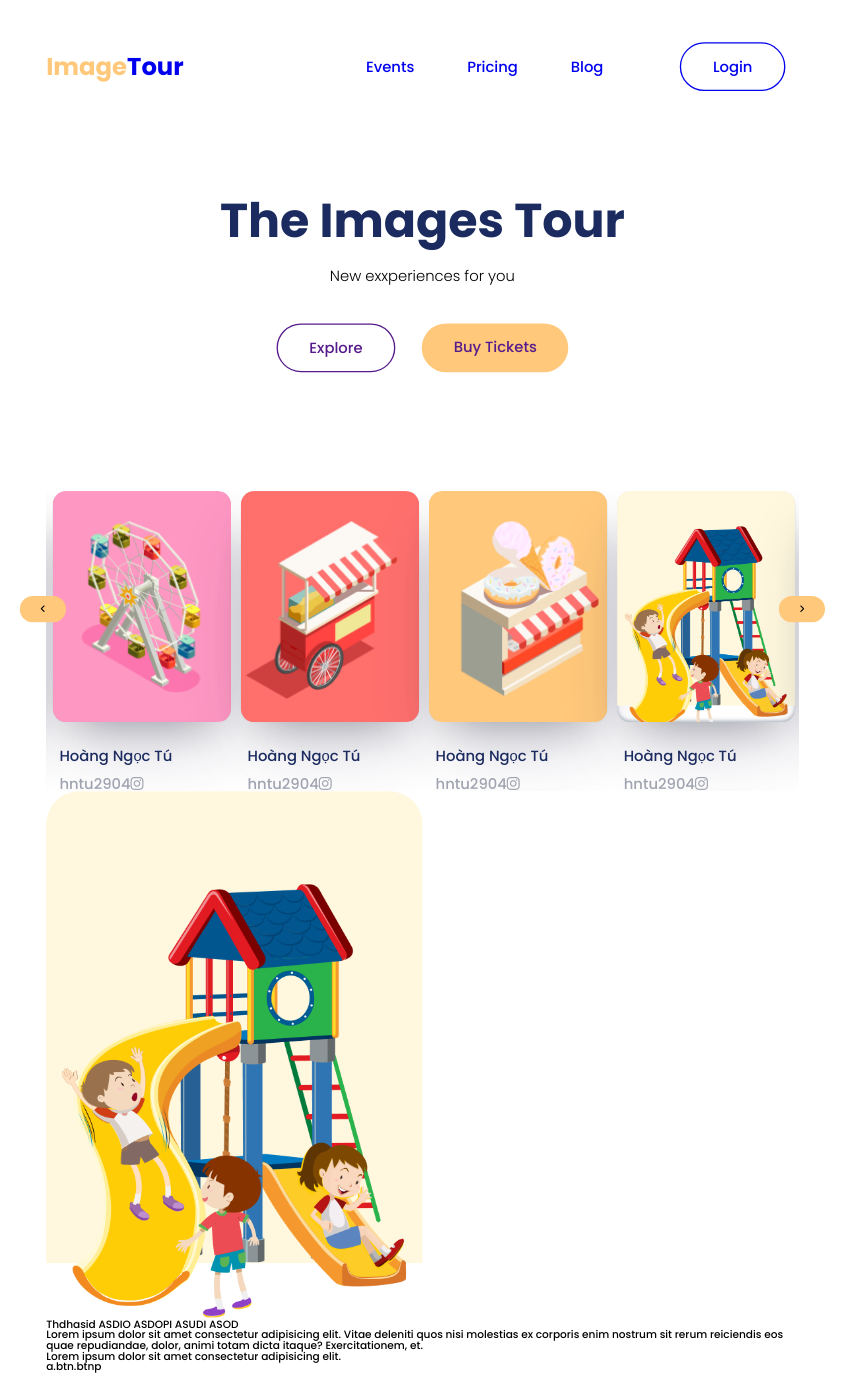
Repository: lausamtuong/Cut-psd-to-html
Page: index.html
These files come from the project's save history. The page is drawn as it stood at one moment and after a run of saves; the edit follows.
The browser window is 1280 px wide. The pictures show the whole page, at 66% of full size.
Some web libraries are served in a nearby version. The style sheet was rebuilt from its Sass, Less or Tailwind sources for each picture, by a compiler version that may differ from the author's.

Above is the page before, as saved 2021-12-07 08:26:23.

### index.html
<!DOCTYPE html>
<html lang="en">
<head>
    <meta charset="UTF-8">
    <meta http-equiv="X-UA-Compatible" content="IE=edge">
    <meta name="viewport" content="width=device-width, initial-scale=1.0">
    <script src="https://unpkg.com/babel-standalone@6/babel.min.js"></script>
    <link rel="stylesheet" href="https://cdnjs.cloudflare.com/ajax/libs/font-awesome/6.0.0-beta3/css/all.min.css" integrity="sha512-Fo3rlrZj/k7ujTnHg4CGR2D7kSs0v4LLanw2qksYuRlEzO+tcaEPQogQ0KaoGN26/zrn20ImR1DfuLWnOo7aBA==" crossorigin="anonymous" referrerpolicy="no-referrer" />
    <title>Playground</title>
    <link
        rel="stylesheet"
        type="text/css"
        href="https://cdn.jsdelivr.net/npm/slick-carousel@1.8.1/slick/slick.css"
      />
    <link rel="stylesheet" href="style.css">
    <link rel="stylesheet" href="reset.css">
    <link href="https://fonts.googleapis.com/css2?family=Lato:ital,wght@1,700;1,900&family=Poppins:wght@300;500;700&display=swap" rel="stylesheet">

</head>
<body>
    <div class="wrapper">
        <header class="header">
            <div class="container header__iner">
                <a href="index.html" class="logo">
                    <span class="logo__text">Image</span>Tour
                </a>
                <nav class="header__menu">
                    <ul class="header__menu-list">
                        <li class="header__menu-item">
                            <a href="#" class="header__menu-link">Events</a>
                        </li>
                        <li class="header__menu-item">
                            <a href="#" class="header__menu-link">Pricing</a>
                        </li>
                        <li class="header__menu-item">
                            <a href="#" class="header__menu-link">Blog</a>
                        </li>
                        <li class="header__menu-item">
                            <a href="#" class="header__menu-link btn btn--border btn--rounded">Login</a>
                        </li>
                    </ul>
                </nav>
            </div>
        </header>
        <section class="banner">
            <div class="container">
                <h1 class="banner__headding">
                   The Images Tour
                </h1>
                <p class="banner__decs">New exxperiences for you </p>
                <div class="banner__buttons">
                    <a href="" class="btn btn--border btn--rounded">Explore</a>
                    <a href="" class="btn btn--rounded btn--primary">Buy Tickets</a>
                </div>
            </div>
        </section>
        <section class="category">
            <div class="container">
                <ul class="category-list">
                </ul>
            </div>
        </section>
        <section class="fearture">
            <div class="container">
                <div class="fearture__item">
                    <div class="fearture__img">
                        <img src="./img/img5.png" alt="">
                    </div>
                    <div class="fearture__info">
                        <h3 class="fearture__title">Thdhasid ASDIO ASDOPI ASUDI ASOD</h3>
                        <p class="fearture__decs">Lorem ipsum dolor sit amet consectetur adipisicing elit. Vitae deleniti quos nisi molestias ex corporis enim nostrum sit rerum reiciendis eos quae repudiandae, dolor, animi totam dicta itaque? Exercitationem, et.</p>
                        <ul class="fearture-intro__list">
                            <li class="fearture__item">
                                Lorem ipsum dolor sit amet consectetur adipisicing elit.
                            </li>
                        </ul>
                        a.btn.btnp
                    </div>
                </div>
            </div>
        </section>
    </div>
    <script
    type="text/javascript"
    src="https://code.jquery.com/jquery-1.11.0.min.js"
  ></script>
  <script
    type="text/javascript"
    src="https://code.jquery.com/jquery-migrate-1.2.1.min.js"
  ></script>
  <script
    type="text/javascript"
    src="https://cdn.jsdelivr.net/npm/slick-carousel@1.8.1/slick/slick.min.js"
  ></script>

  <script src="https://unpkg.com/react@17/umd/react.development.js" crossorigin></script>
  <script src="https://unpkg.com/react-dom@17/umd/react-dom.development.js" crossorigin></script>
  <script type="text/babel" src="./app.js"> </script>
</body>
</html>

### reset.css
/* http://meyerweb.com/eric/tools/css/reset/
   v2.0 | 20110126
   License: none (public domain)
*/

html, body, div, span, applet, object, iframe,
h1, h2, h3, h4, h5, h6, p, blockquote, pre,
a, abbr, acronym, address, big, cite, code,
del, dfn, em, img, ins, kbd, q, s, samp,
small, strike, strong, sub, sup, tt, var,
b, u, i, center,
dl, dt, dd, ol, ul, li,
fieldset, form, label, legend,
table, caption, tbody, tfoot, thead, tr, th, td,
article, aside, canvas, details, embed,
figure, figcaption, footer, header, hgroup,
menu, nav, output, ruby, section, summary,
time, mark, audio, video {
	margin: 0;
	padding: 0;
	border: 0;
	font-size: 100%;
	font: inherit;
	vertical-align: baseline;
    font-family: "Poppins",sans-serif;
}
/* HTML5 display-role reset for older browsers */
article, aside, details, figcaption, figure,
footer, header, hgroup, menu, nav, section {
	display: block;
}
body {
	line-height: 1;
}
ol, ul {
	list-style: none;
}
blockquote, q {
	quotes: none;
}
blockquote:before, blockquote:after,
q:before, q:after {
	content: '';
	content: none;
}
table {
	border-collapse: collapse;
	border-spacing: 0;
}

### app.js

  function Component(Props){
      return (
         <React.Fragment >
              <li className="category-item">
                    <img src={Props.img} alt="" className="category__img"/>
                    <h3 className="category__name">{Props.name}</h3>
                     <a href="" className="category__details">
                         {Props.ins}
                        <i className="fab fa-instagram"></i>
                    </a>
                </li>
          </React.Fragment>
      )
  }
  function App(){
      return(<React.Fragment>
        <Component img="./img/img1.png" name="Hoàng Ngọc Tú" ins="hntu2904"/>
        <Component img="./img/img2.png" name="Hoàng Ngọc Tú" ins="hntu2904"/>
        <Component img="./img/img4.png" name="Hoàng Ngọc Tú" ins="hntu2904"/>
        <Component img="./img/img5.png" name="Hoàng Ngọc Tú" ins="hntu2904"/>
        <Component img="./img/img6.png" name="Hoàng Ngọc Tú" ins="hntu2904"/>
        <Component img="./img/img7.png" name="Hoàng Ngọc Tú" ins="hntu2904"/>
        <Component img="./img/img-8.png" name="Hoàng Ngọc Tú" ins="hntu2904"/>
        <Component img="./img/img9.png" name="Hoàng Ngọc Tú" ins="hntu2904"/>

      </React.Fragment>)
  }
  ReactDOM.render(<App/>,document.querySelector(".category-list"))
  $(document).ready(function(){
    $('.category-list').slick({
        infinite: true,
        slidesToShow: 4,
        autoplay: false,
        autoplaySpeed: 1000,
        prevArrow:"<button type='button' class='slick-prev slick-arrow'><i class='fa fa-angle-left' aria-hidden='true'></i></button>",
        nextArrow:"<button type='button' class='slick-next slick-arrow'><i class='fa fa-angle-right' aria-hidden='true'></i></button>"

    });
  });

### style.scss
$primary-color:#ffc87a;
$text-color:#1b2b5f;
a{
    text-decoration: none;
    &:hover{
        opacity: 0.9;
    }
    &:focus{
        color:$text-color
    }
}
.container{
    padding: 0 70px;
    max-width: 1500px;

    margin: 0 auto;

}
.header{
    padding-top: 4rem;
    &__iner{
        display: flex;
        justify-content:space-between;
        align-items: center;

    }
    &__menu{
        &-list{
        display: flex;
        align-items: center;
        }
        &-item{
            margin-left: 5rem;
            &:last-child{
                margin-left: 6rem;
            }
        }
        &-link{
            font-size: 1.4rem;
            &:hover{
                color:$primary-color;
                transition:  0.3s linear;
            }
        }
    }
}
.logo{
font-size: 2.3rem;
font-weight: 600;
&:focus{
    color: $text-color;
}
&__text{
    color:$primary-color
}
}
.banner{
    padding-top:10rem;
    max-width: 1000px;
    margin: 0 auto;
    text-align: center;
    &__headding{
        font-size: 4.5rem;
        color:$text-color;
        font-weight: 900;
        margin-bottom: 2rem;

    }
    &__decs{
        font-size: 1.4rem;
        font-weight: 300;
        line-height: 1.4;
        word-break: break-word;
        margin-bottom: 3.5rem;
    }
    &__buttons{
        display: flex;
        justify-content: center;
    }

}

.btn{
    outline: none;
    margin: 0 20px;
    font-size:1.4rem;
    text-align:center;
    color:&$text-color;
    padding: 1.5rem 3rem;
    display:inline-block;
    border:0;
    cursor: pointer;
    background-color: transparent;;
    &--border {
        border:2px solid currentColor;
    }
    &--rounded{
       border-radius: 100px;
    }
    &--primary{
        background-color: $primary-color;
    }
}
.category{
    margin-top: 180px;
    font-size: 1.4rem;
    &-list{
        display: flex;
        align-items: center;
        justify-content: space-between;
    }
    &__img{
        object-fit: cover;
        width:98%;
        height: 350px;
        border-radius: 20px;
        box-shadow: rgba(50, 50, 93, 0.25) 0px 50px 100px -20px, rgba(0, 0, 0, 0.3) 0px 30px 60px -30px, rgba(10, 37, 64, 0.35) 0px -2px 6px 0px inset;      }
    &-item{
        margin-left: 10px;
    }
    &__details{
        color:#a0a3b0;
        width:100%;
        display: inline-block;
        padding-left: 10px;
    }
    &__name{
        padding:40px 0px 20px 10px ;
        color:$text-color;
    }
}
.slick-prev{


    left:-40px;


}
.slick-arrow{
    position: absolute;
    height:40px;
    width: 70px;
    top:35%;
    background-color: $primary-color;
    z-index: 3;
    border: none;
    font-weight: 600;
    cursor: pointer;
    border-radius: 30px;

}
.slick-next{
    right:-40px;

}

After the next 2 saves:
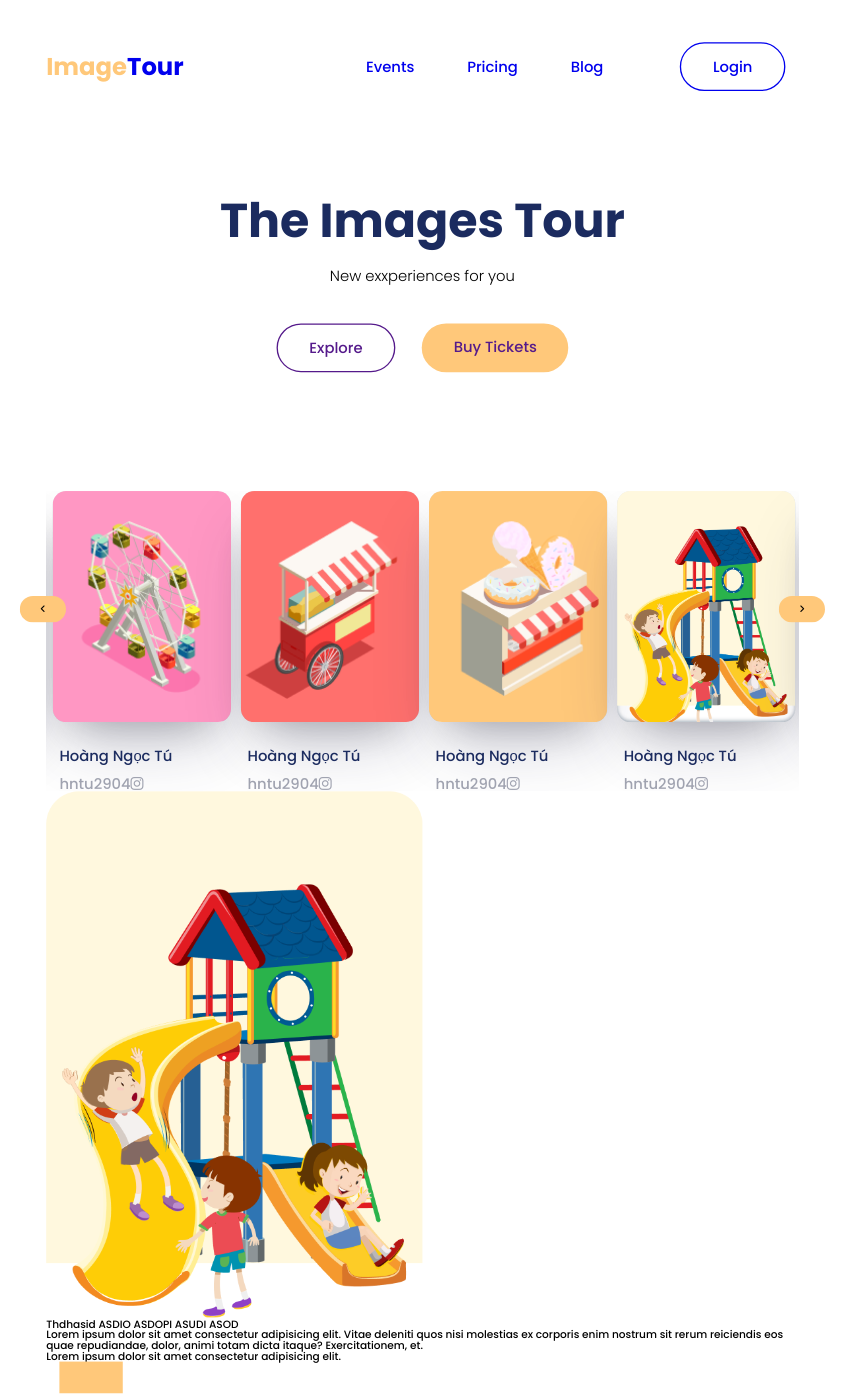
The 2 saves are shown as one change because they came seconds apart.
The last was saved 8 s later.
--- a/index.html
+++ b/index.html
@@ -74,7 +74,7 @@
                                 Lorem ipsum dolor sit amet consectetur adipisicing elit.
                             </li>
                         </ul>
-                        a.btn.btnp
+                        <a href="" class="btn btn--primary"></a>
                     </div>
                 </div>
             </div>
